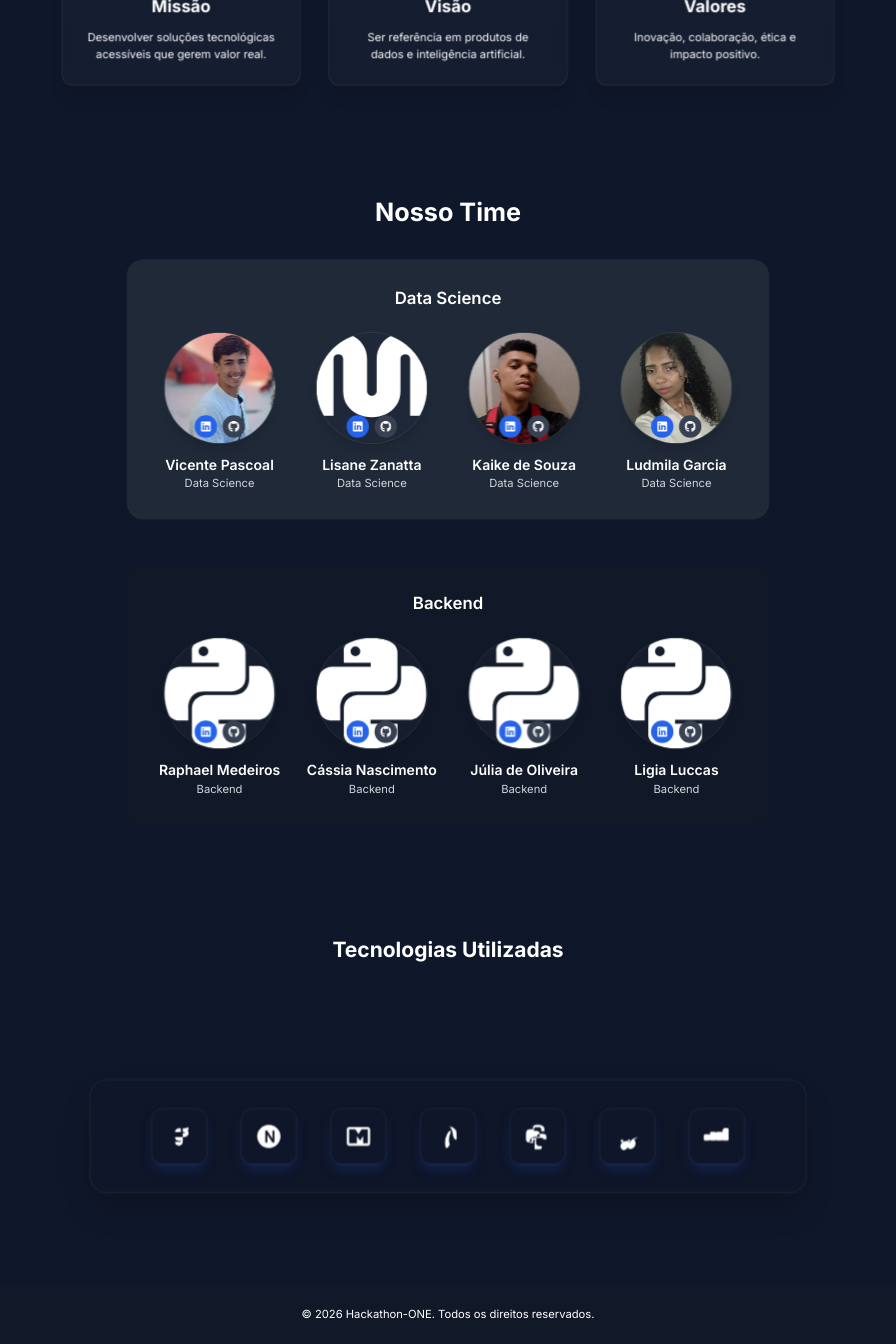
Repository: Hackaton-ONE/hackathon-Frontend
Page: /sobre-nos
These files come from the project's save history. The page is drawn as it stood at one moment and after the next save; the edit follows.
The browser window is 1280 px wide. The pictures show the part of the page from y = 1066 to 2986 px (the page is 2986 px tall before and 2906 px after), at 70% of full size.
Some web fonts or font styles are not loaded; a fallback is used. The project was rebuilt for these pictures with package versions that can differ from the ones it lists, and the page was loaded fresh each time. The framework's server and built-in components were replaced by stand-ins that run in the browser. Also part of the build but not shown: next.config.ts.

Above is the page before, as saved 2026-01-02 13:32:33.

### app/layout.tsx
import type { Metadata } from "next";
import { Inter, Poppins, MuseoModerno } from "next/font/google"; // 1. Importar Poppins
import "./globals.css";


// 2. Configurar Inter
const inter = Inter({
  subsets: ["latin"],
  variable: "--font-inter",
});

// 3. Configurar Poppins (Pesos comuns: 400, 600, 700)
const poppins = Poppins({
  weight: ['400', '600', '700'],
  subsets: ["latin"],
  variable: "--font-poppins",
});

const museo = MuseoModerno({
  subsets: ["latin"],
  variable: "--font-museo",
  display: "swap",
});

export const metadata: Metadata = {
  title: "MoodMatrix",
  description: "Análise de sentimentos com IA",
};

export default function RootLayout({
  children,
}: Readonly<{

  children: React.ReactNode;
}>) {
  return (
    <html lang="pt-br">
      {/* 4. Adicionar ambas as variáveis no body */}
      <body className={`${inter.variable} ${poppins.variable} ${museo.variable} bg-mood-dark text-white font-sans antialiased`}>

        {children}
      </body>
    </html>
  );
}

### app/sobre-nos/page.tsx
"use client"; // React Icons e interatividade

import { Navbar } from "@/components/Navbar";
import { TechStack } from "@/components/TechStack";
import { FaLinkedin, FaGithub } from "react-icons/fa";

const teamMembers = [
  { name: "Vicente Pascoal", role: "Data Science", img: "/team/foto-vicente.jpeg", linkedin: "https://www.linkedin.com/in/vicente-venancio-pascoal", github: "https://github.com/Vicente-VP" },
  { name: "Lisane Zanatta", role: "Data Science", img: "/logo.svg", linkedin: "https://www.linkedin.com/in/lisane-lucia-zanatta-225677317", github: "https://github.com/laisallz" },
  { name: "Kaike de Souza", role: "Data Science", img: "/team/foto-kaike.jpeg", linkedin: "https://www.linkedin.com/in/kaike-gabriel-marques-de-souza-042975333", github: "https://github.com/KaikeGM" },
  { name: "Ludmila Garcia", role: "Data Science", img: "/team/foto-ludmila.jpeg", linkedin: "https://www.linkedin.com/in/ludmila-garcia/", github: "https://github.com/Ludmila-Garcia" },
  { name: "Raphael Medeiros", role: "Backend", img: "/python.svg", linkedin: "https://www.linkedin.com/in/rmedeirosdev", github: "https://github.com/rmedeirosdev" },
  { name: "Cássia Nascimento", role: "Backend", img: "/python.svg", linkedin: "https://www.linkedin.com/in/cassia-irene", github: "https://github.com/cassia-irene" },
  { name: "Júlia de Oliveira", role: "Backend", img: "/python.svg", linkedin: "https://www.linkedin.com/in/julia-kellen-oliveira", github: "https://github.com/juliadevcode" },
  { name: "Ligia Luccas", role: "Backend", img: "/python.svg", linkedin: "https://www.linkedin.com/in/ligialuccas", github: "https://github.com/Ligialuccas" },
];

export default function SobreNos() {
  return (
    <div className="min-h-screen flex flex-col bg-[#0F172A] text-white">
      <Navbar />

      {/* Hero Section */}
      <section className="relative bg-gradient-to-r from-blue-500 via-indigo-600 to-purple-600 py-28 px-6 text-center overflow-hidden rounded-b-3xl">
        <h1 className="text-5xl md:text-6xl font-bold mb-6 opacity-0 animate-fade-in">
        Projeto MoodMatrix
        </h1>
        <p className="text-xl md:text-2xl max-w-3xl mx-auto opacity-0 animate-fade-in delay-200 text-left md:text-justify leading-relaxed">
          Nascemos da conexão entre 8 mentes inquietas e apaixonadas por tecnologia, todos unidos pela jornada de aprendizado do Programa ONE (Oracle Next Education). No cenário desafiador do Hackathon ONE, decidimos que nossa missão não seria apenas processar dados, mas sim decifrar as emoções por trás deles.
          <br /><br />
          Assim surgiu o MoodMatrix: um projeto que reflete nossa diversidade e colaboração. Combinamos os conhecimentos técnicos adquiridos em nossa formação com uma visão humana e estratégica para transformar o feedback bruto de milhares de usuários em caminhos claros para o sucesso de qualquer negócio.
          <br /><br />
          Mais do que desenvolvedores, somos tradutores de sentimentos. Estamos aqui para provar que, com a tecnologia certa e um time sintonizado, é possível transformar palavras em decisões inteligentes e transformar dados em empatia.
        </p>

      </section>

      {/* Missão, Visão, Valores */}
      <section className="py-20 px-6 max-w-6xl mx-auto grid gap-10 md:grid-cols-3">
        {[
          { title: "Missão", text: "Desenvolver soluções tecnológicas acessíveis que gerem valor real." },
          { title: "Visão", text: "Ser referência em produtos de dados e inteligência artificial." },
          { title: "Valores", text: "Inovação, colaboração, ética e impacto positivo." },
        ].map((card) => (
          <div
            key={card.title}
            className="glass p-8 text-center rounded-2xl shadow-xl hover:scale-105 hover:shadow-2xl transition-transform duration-300"
          >
            <h3 className="text-2xl font-bold mb-4">{card.title}</h3>
            <p className="text-white">{card.text}</p>
          </div>
        ))}
      </section>

      {/* Time do projeto */}
      <section className="py-20 px-6 max-w-6xl mx-auto">
        <h2 className="text-4xl font-bold text-center mb-12">Nosso Time</h2>

        {/* Data Science */}
        <div className="mb-16 bg-gray-800 rounded-3xl p-10">
          <h3 className="text-2xl font-semibold mb-8 text-center">Data Science</h3>
          <div className="grid gap-8 sm:grid-cols-2 md:grid-cols-4 justify-items-center">
            {teamMembers
              .filter(member => member.role === "Data Science")
              .map(member => (
                <div key={member.name} className="flex flex-col items-center text-center">
                  <div className="glass w-40 h-40 rounded-full overflow-hidden border-2 border-white/10 shadow-lg relative group hover:shadow-2xl">
                    <img
                      src={member.img}
                      alt={member.name}
                      className="w-full h-full object-cover transition-transform duration-500 group-hover:scale-110 group-hover:brightness-110"
                    />
                    <div className="absolute inset-0 flex items-end justify-center gap-2 pb-2">
                      <a href={member.linkedin} target="_blank" aria-label={`${member.name} LinkedIn`} className="bg-blue-600 hover:bg-blue-500 text-white p-2 rounded-full transition-transform duration-300 transform hover:scale-110">
                        <FaLinkedin size={16} />
                      </a>
                      <a href={member.github} target="_blank" aria-label={`${member.name} GitHub`} className="bg-gray-700 hover:bg-gray-600 text-white p-2 rounded-full transition-transform duration-300 transform hover:scale-110">
                        <FaGithub size={16} />
                      </a>
                    </div>
                  </div>
                  <h4 className="text-xl font-semibold mt-4">{member.name}</h4>
                  <p className="text-gray-300">{member.role}</p>
                </div>
              ))}
          </div>
        </div>

        {/* Backend */}
        <div className="bg-gray-900 rounded-3xl p-10">
          <h3 className="text-2xl font-semibold mb-8 text-center">Backend</h3>
          <div className="grid gap-8 sm:grid-cols-2 md:grid-cols-4 justify-items-center">
            {teamMembers
              .filter(member => member.role === "Backend")
              .map(member => (
                <div key={member.name} className="flex flex-col items-center text-center">
                  <div className="glass w-40 h-40 rounded-full overflow-hidden border-2 border-white/10 shadow-lg relative group hover:shadow-2xl">
                    <img
                      src={member.img}
                      alt={member.name}
                      className="w-full h-full object-cover transition-transform duration-500 group-hover:scale-110 group-hover:brightness-110"
                    />
                    <div className="absolute inset-0 flex items-end justify-center gap-2 pb-2">
                      <a href={member.linkedin} target="_blank" aria-label={`${member.name} LinkedIn`} className="bg-blue-600 hover:bg-blue-500 text-white p-2 rounded-full transition-transform duration-300 transform hover:scale-110">
                        <FaLinkedin size={16} />
                      </a>
                      <a href={member.github} target="_blank" aria-label={`${member.name} GitHub`} className="bg-gray-700 hover:bg-gray-600 text-white p-2 rounded-full transition-transform duration-300 transform hover:scale-110">
                        <FaGithub size={16} />
                      </a>
                    </div>
                  </div>
                  <h4 className="text-xl font-semibold mt-4">{member.name}</h4>
                  <p className="text-gray-300">{member.role}</p>
                </div>
              ))}
          </div>
        </div>
      </section>

      {/* Tecnologias */}
      <section className="bg-[#0F172A] py-20 px-6 text-center">
        <h2 className="text-3xl font-bold mb-10">Tecnologias Utilizadas</h2>
        <TechStack />
      </section>

      {/* Footer */}
      <footer className="bg-gray-900 text-white py-8 text-center">
        <p>© 2026 Hackathon-ONE. Todos os direitos reservados.</p>
      </footer>
    </div>
  );
}

### app/globals.css
@tailwind base;
@tailwind components;
@tailwind utilities;

/* Define o fundo padrão do site inteiro e a cor do texto */
body {
  background-color: #0F172A; /* mood.dark */
  color: #ffffff;
  min-height: 100vh;
}

/* Utilitário para o efeito de Vidro (Glassmorphism) */
.glass {
  background: rgba(30, 41, 59, 0.4); /* mood.gray com transparência */
  backdrop-filter: blur(12px);
  -webkit-backdrop-filter: blur(12px);
  border: 1px solid rgba(255, 255, 255, 0.1);
}

/* === PERSONALIZAÇÃO DA BARRA DE ROLAGEM === */

/* 1. Define a largura da barra */
::-webkit-scrollbar {
  width: 8px;
  height: 8px;
}

/* 2. Remove o fundo (Track) */
::-webkit-scrollbar-track {
  background: transparent;
}

/* 3. Cor da barra (Thumb)*/
::-webkit-scrollbar-thumb {
  background-color: #2563EB;
  border-radius: 9999px;
}

/* 4. Efeito ao passar o mouse */
::-webkit-scrollbar-thumb:hover {
  background-color: #60A5FA; /* blue-light */
}

/* 5. Remove as setas (Buttons) */
::-webkit-scrollbar-button {
  display: none;
}

### components/Navbar.tsx
"use client";

import Link from "next/link";
import { useState } from "react";
import { Menu, X } from "lucide-react";
import Image from "next/image";

// Componente NavLink (Link com sublinhado azul)
const NavLink = ({ href, children }: { href: string; children: React.ReactNode }) => (
  <Link
    href={href}
    className="relative group text-white transition-colors font-medium text-sm"
  >
    {children}
    <span className="absolute -bottom-1 left-0 w-0 h-[2px] bg-blue-default transition-all duration-300 ease-out group-hover:w-full" />
  </Link>
);

export function Navbar() {
  const [isOpen, setIsOpen] = useState(false);

  return (
    // Container Principal
    <div className="relative top-0 left-0 w-full z-50 px-8 py-8">

      <div className="max-w-[1600px] mx-auto flex justify-between items-center lg:grid lg:grid-cols-3">

        {/* =======================
            1. LOGO (Coluna 1 - Alinhado à Esquerda)
           ======================= */}
        <div className="flex justify-start">
          <Link href="/" className="flex items-center gap-1 z-50 group">
            <div className="relative w-8 h-8 lg:w-9 lg:h-9 flex items-center justify-center">
              <Image
                src="/logo.svg"
                alt="Logo MoodMatrix"
                fill
                className="object-contain"
              />
            </div>

            <span className="text-white font-medium text-xs font-museo tracking-wider">
              Mood<span>Matrix</span>
            </span>
          </Link>
        </div>

        {/* =======================
            2. PÍLULA CENTRAL (Coluna 2)
            MUDANÇA: 'hidden lg:flex'
            (Escondido em Tablet/Mobile, Flex em Notebook+)
           ======================= */}
        <div className="hidden lg:flex justify-center">
          <nav className="flex items-center gap-8 pl-8 pr-8 py-3 rounded-2xl bg-white/10 backdrop-blur-md border border-white/20 shadow-lg shadow-black/20">
            {/* Links */}
            <div className="flex items-center gap-6 font-poppins font-bold">
              <NavLink href="/">Início</NavLink>
              <NavLink href="/dashboard">Dashboard</NavLink>
              <NavLink href="#sobre">Sobre</NavLink>
            </div>

            {/* Botão Analisar */}
            <Link href="/analisar">
              <button className="bg-white hover:bg-neon-orange text-black font-poppins font-bold text-sm px-5 py-2 rounded-md transition-all duration-200 shadow-sm hover:shadow-md">
                Analisar
              </button>
            </Link>
          </nav>
        </div>

        {/* =======================
            3. AVATAR / MENU (Coluna 3 - Alinhado à Direita)
           ======================= */}
        <div className="flex justify-end items-center gap-4 z-50">

          {/* Avatar (Desktop) */}
          <div className="hidden lg:flex items-center gap-2 pl-4">
            <div className="text-right hidden lg:block">
              <p className="font-poppins text-sm font-bold text-white">Olá, Diogo</p>
            </div>
            <div className="w-9 h-9 rounded-full bg-gradient-to-br from-neon-green to-emerald-600 flex items-center justify-center text-white font-bold border-2 border-white shadow-md">
              D
            </div>
          </div>

          {/* Botão Hambúrguer (Mobile) */}
          <button
            onClick={() => setIsOpen(!isOpen)}
            className="lg:hidden text-white hover:text-neon-blue transition p-1"
          >
            {isOpen ? <X size={28} /> : <Menu size={28} />}
          </button>
        </div>

      </div>

      {/* =======================
          4. MENU MOBILE DROPDOWN
         ======================= */}
      {isOpen && (
        <div className="lg:hidden absolute top-24 left-4 right-4 z-10 bg-mood-dark/95 backdrop-blur-xl border border-white/10 rounded-2xl p-4 shadow-2xl animate-in fade-in slide-in-from-top-5">

          <div className="flex flex-col space-y-1">
            <Link href="/" onClick={() => setIsOpen(false)} className="block px-4 py-3 text-white/90 hover:text-white hover:bg-blue-default rounded-lg transition-colors text-sm font-medium">
              Início
            </Link>
            <Link href="/dashboard" onClick={() => setIsOpen(false)} className="block px-4 py-3 text-white/90 hover:text-white hover:bg-blue-default rounded-lg transition-colors text-sm font-medium">
              Dashboard
            </Link>
            <Link href="#sobre" onClick={() => setIsOpen(false)} className="block px-4 py-3 text-white/90 hover:text-white hover:bg-blue-default rounded-lg transition-colors text-sm font-medium">
              Sobre
            </Link>
          </div>

          <div className="my-3 border-t border-white/10" />

          <Link href="/analisar" onClick={() => setIsOpen(false)}>
            <button className="w-full bg-white hover:bg-neon-orange text-mood-dark border border-white/20 font-poppins font-bold text-sm py-3 rounded-lg transition-all duration-200">
              Analisar
            </button>
          </Link>

          <div className="mt-4 pt-4 border-t border-white/10 flex items-center gap-3">
            <div className="w-8 h-8 rounded-full bg-gradient-to-br from-neon-green to-emerald-600 flex items-center justify-center text-white font-bold text-xs">
              D
            </div>
            <div>
              <p className="text-sm font-bold text-white">Diogo</p>
              <p className="text-xs text-gray-400">diogo@exemplo.com</p>
            </div>
          </div>

        </div>
      )}
    </div>
  );
}

### components/TechStack.tsx
import React from "react";

export function TechStack() {

  // Lista dos ícones com seus SVGs exatos
  const technologies = [
    {
      name: "Figma",
      path: (
        <path d="M8.333 12.5c0 1.84 1.494 3.333 3.334 3.333h1.666V12.5h-5zm0-4.167c0-1.84 1.493-3.333 3.334-3.333h1.666v3.333h-5zm0 8.334c0 1.84 1.494 3.333 3.334 3.333 1.84 0 3.333-1.493 3.333-3.333V12.5h-1.667v4.167h-5zM16.667 5H15V8.333h1.667c1.84 0 3.333-1.493 3.333-3.333S18.507 5 16.667 5zm0 4.167H15V12.5h1.667c1.84 0 3.333-1.494 3.333-3.333s-1.493-3.334-3.333-3.334z" />
      ),
    },
    {
      name: "Next.js",
      path: (
        <path d="M12 2C6.477 2 2 6.477 2 12s4.477 10 10 10 10-4.477 10-10S17.523 2 12 2zm4.72 15.28h-1.63L10.66 10.4V17.3H8.92V7h1.63l4.52 7.02V7h1.65v10.28z" />
      ),
    },
    {
      name: "Material UI",
      path: (
        <path d="M20 4H4c-1.1 0-2 .9-2 2v12c0 1.1.9 2 2 2h16c1.1 0 2-.9 2-2V6c0-1.1-.9-2-2-2zM4 18V6h5.33l2.67 4 2.67-4H20v12h-4v-6.34l-2.67 4-2.67-4V18H4z" />
      ),
    },
    {
      name: "Spring Boot",
      path: (
        <path d="M19.14 7.5A8.7 8.7 0 0012.2 3.36a2.68 2.68 0 011.63.92 9.07 9.07 0 011.94 4.1c.14 1 .28 2.05.5 3.06.66 2.94 2.4 3.52 2.87 3.22.46-.3.23-2.14 0-7.16zM13.43 19a11.58 11.58 0 01-.65-4.25c.03-1.6.43-3.5 1.1-5.1.47-1.15.5-2.06.07-2.33-.52-.33-1.9.92-3.1 3.5a13.3 13.3 0 00-1.4 6.7c0 1.83.27 3.1.6 4.1.33.95 2.12.3 3.38-2.62z" />
      ),
    },
    {
      name: "Python",
      path: (
        <path d="M12.02 2c-2.13 0-4.04.35-4.04 2.37V6H5.4C3.26 6 2 7.37 2 9.48v5.18c0 1.95 1.5 2.5 3.1 2.5h1.56v-2.07c0-1.78.47-2.8 2.52-2.8h4.52V9.8c0-1.84-1.2-2.6-2.9-2.6h-2V5.7c0-1.07 1.1-1.37 2.18-1.37h2.75c1.08 0 1.35.82 1.35 1.9v1.44h2.7V5.7C17.8 3.57 15.86 2 12.02 2zM9.4 14.5c-1.1 0-1.36.8-1.36 1.88v1.46H5.3v-1.9c0-1.83 1.2-2.6 2.9-2.6h3.2v-1.16c0-2.1 1.9-2.47 4.02-2.47 2.14 0 4.05.35 4.05 2.37V14.6h-2.6c0-1.08-1.07-1.37-2.15-1.37h-2.73c-1.1 0-1.37.8-1.37 1.88v2.5c0 1.83 1.2 2.62 2.9 2.62h2v1.5c0 1.06-1.1 1.36-2.18 1.36H9.4v-1.44z" />
      ),
    },
    {
      name: "MySQL",
      path: (
        <path d="M20.2 13c-2.4.3-4.3 1.4-5.3 3-.3.5-.5 1-.6 1.6-.2-1.3-1.6-1.5-2.3-1.6-2.2-.3-4.4.6-5.4 2.6-.5 1-.6 2.2-.2 3.3.4 1 1.4 1.7 2.4 2 .1 0 .2 0 .4 0 1.2-.1 2.3-.9 2.8-2 .1-.3.2-.6.3-1 .2 1.3 1.5 2.1 2.8 1.9 1.8-.3 3.3-1.7 3.8-3.4.5-1.6.2-3.4-1-4.7.9-.6 1.8-1.1 2.8-1.4.1 0 .2-.1.3-.1-.2-.1-.5-.1-.8-.2zm-12.8 4c-.6 0-1-.5-1-1.1 0-.6.5-1.1 1.1-1.1.6 0 1.1.5 1.1 1.1 0 .6-.5 1.1-1.1 1.1zm6 0c-.6 0-1.1-.5-1.1-1.1 0-.6.5-1.1 1.1-1.1.6 0 1.1.5 1.1 1.1 0 .6-.5 1.1-1.1 1.1z" />
      ),
    },
    {
      name: "Docker",
      path: (
        <path d="M1.9 10.3c-.6 0-1.1.5-1.1 1.1v3.2c0 .6.5 1.1 1.1 1.1h3.2c.6 0 1.1-.5 1.1-1.1v-3.2c0-.6-.5-1.1-1.1-1.1H1.9zm5.3-2.1c-.6 0-1.1.5-1.1 1.1v5.3c0 .6.5 1.1 1.1 1.1h3.2c.6 0 1.1-.5 1.1-1.1V9.3c0-.6-.5-1.1-1.1-1.1H7.2zm5.3 0c-.6 0-1.1.5-1.1 1.1v5.3c0 .6.5 1.1 1.1 1.1h3.2c.6 0 1.1-.5 1.1-1.1V9.3c0-.6-.5-1.1-1.1-1.1h-3.2zm5.3-2.2c-.6 0-1.1.5-1.1 1.1v7.5c0 .6.5 1.1 1.1 1.1h3.2c.6 0 1.1-.5 1.1-1.1V6c0-.6-.5-1.1-1.1-1.1h-3.2z" />
      ),
    }
  ];

  return (
    <section className="pt-32 py-12 px-4 lg:px-8 relative z-20"> {/* z-20 para ficar acima de qualquer glow residual */}
      <div className="max-w-5xl mx-auto">

        {/* Container Escuro e Longo (Igual à imagem) */}
        <div className="bg-mood-dark/80 backdrop-blur-md border border-white/10 rounded-3xl p-6 lg:p-10 shadow-2xl">

          <div className="flex flex-wrap items-center justify-center gap-6 md:gap-8 lg:gap-12">

            {technologies.map((tech, index) => (
              <div
                key={index}
                className="group relative flex items-center justify-center"
              >
                {/* O Bloco Azul Sólido */}
                <div className="
                  w-16 h-16 md:w-20 md:h-20
                  bg-blue-DEFAULT
                  rounded-2xl
                  flex items-center justify-center
                  shadow-lg shadow-blue-900/40
                  transition-all duration-300
                  group-hover:scale-110 group-hover:bg-blue-600
                  border border-white/10
                ">
                  {/* Ícone SVG Branco */}
                  <svg
                    className="w-8 h-8 md:w-10 md:h-10 text-white fill-current"
                    viewBox="0 0 24 24"
                    xmlns="http://www.w3.org/2000/svg"
                  >
                    {tech.path}
                  </svg>
                </div>

                {/* Tooltip opcional (Nome da tecnologia) */}
                <span className="
                  absolute -bottom-8 left-1/2 -translate-x-1/2
                  text-xs font-poppins text-gray-400
                  opacity-0 group-hover:opacity-100 transition-opacity
                  whitespace-nowrap
                ">
                  {tech.name}
                </span>
              </div>
            ))}

          </div>
        </div>

      </div>
    </section>
  );
}

### tailwind.config.ts
/** @type {import('tailwindcss').Config} */
const config = {
  // Configuração de onde o Tailwind procura as classes
  content: [
    "./app/**/*.{js,ts,jsx,tsx,mdx}",
    "./pages/**/*.{js,ts,jsx,tsx,mdx}",
    "./components/**/*.{js,ts,jsx,tsx,mdx}",
    "./src/app/**/*.{js,ts,jsx,tsx,mdx}",
    "./src/pages/**/*.{js,ts,jsx,tsx,mdx}",
    "./src/components/**/*.{js,ts,jsx,tsx,mdx}",
  ],
  theme: {
    extend: {
      colors: {
        white: "#FFFFFF",
        mood: {
          dark: "#0F172A", // Fundo Azul Escuro
          nav: "#FFFFFF",  // Base para Navbar
        },
        blue: {
          light: "#60A5FA",   // Azul Claro
          default: "#2563EB", // Azul Padrão
          dark: "#1E3A8A",    // Azul Escuro
        },
        neon: {
          green: "#10B981",
          red: "#B91C1C",
          orange: "#F59E0B",
        },
      },
      fontFamily: {
        sans: ['var(--font-inter)', 'sans-serif'],
        poppins: ['var(--font-poppins)', 'sans-serif'],
        museo: ['var(--font-museo)', 'sans-serif'],
      },
      backgroundImage: {
        // Gradientes de Seta e Barra de Progresso
        'gradient-pos': 'linear-gradient(to right, #2563EB, #10B981)',
        'gradient-neg': 'linear-gradient(to right, #B91C1C, #F59E0B)',

        // Gradientes Sutis para os Cards (Glassmorphism)
        'card-blue': 'linear-gradient(180deg, rgba(255, 255, 255, 0) 0%, rgba(96, 165, 250, 0.05) 100%)',
        'card-green': 'linear-gradient(180deg, rgba(255, 255, 255, 0) 0%, rgba(16, 185, 129, 0.05) 100%)',
        'card-red': 'linear-gradient(180deg, rgba(255, 255, 255, 0) 0%, rgba(185, 28, 28, 0.05) 100%)',
        'card-orange': 'linear-gradient(180deg, rgba(255, 255, 255, 0) 0%, rgba(245, 158, 11, 0.05) 100%)', // NOVO
      }
    },
  },
  plugins: [],
};

export default config;

After the next save:
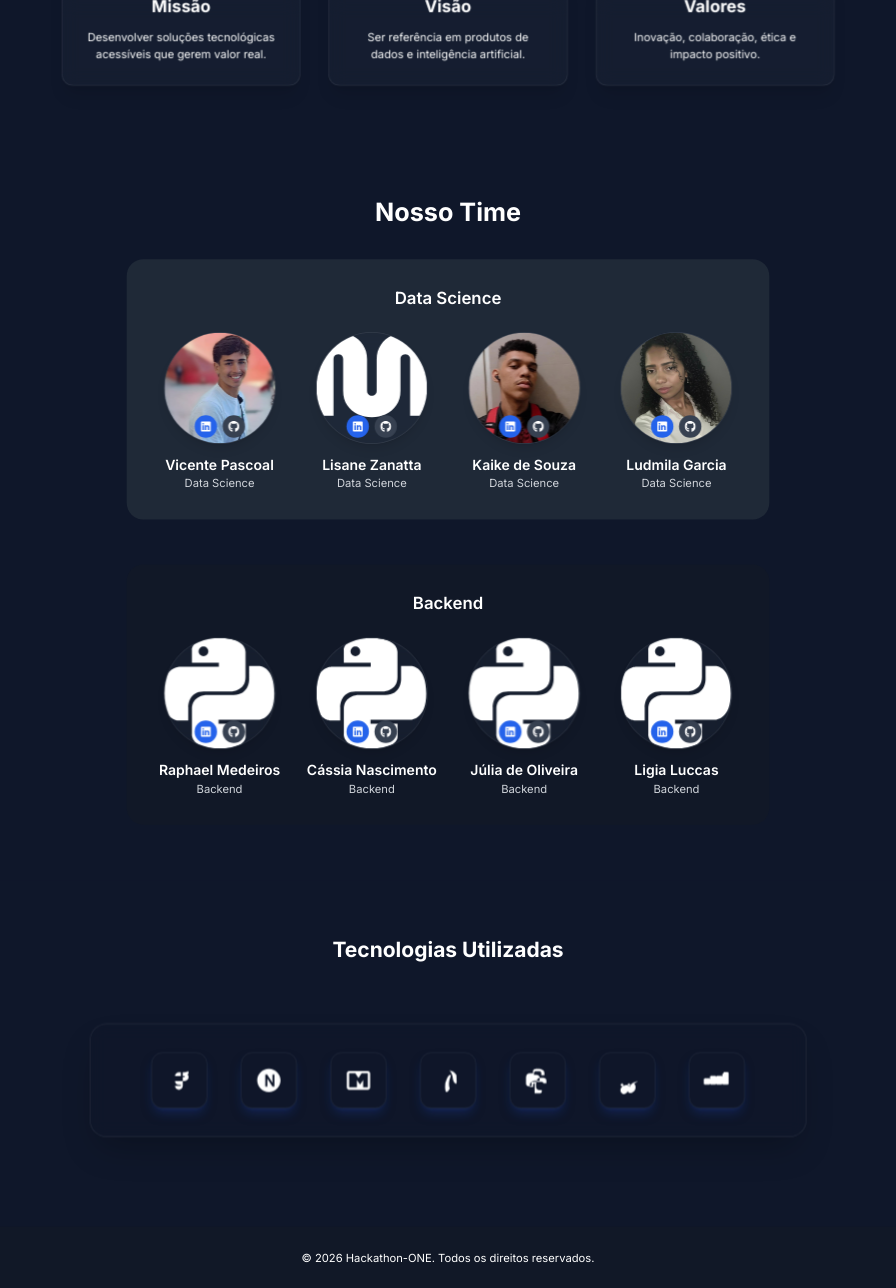
Saved 14 s later.
--- a/components/TechStack.tsx
+++ b/components/TechStack.tsx
@@ -49,7 +49,7 @@ export function TechStack() {
   ];
 
   return (
-    <section className="pt-32 py-12 px-4 lg:px-8 relative z-20"> {/* z-20 para ficar acima de qualquer glow residual */}
+    <section className="py-12 px-4 lg:px-8 relative z-20"> {/* z-20 para ficar acima de qualquer glow residual */}
       <div className="max-w-5xl mx-auto">
 
         {/* Container Escuro e Longo (Igual à imagem) */}
